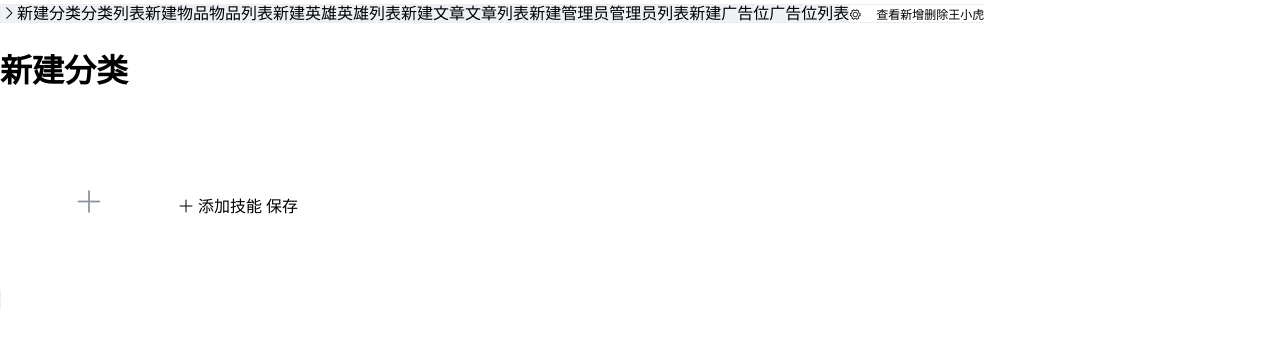
Repository: zqw980624/aaa
Page: /hero/create (app in admin/)
An editor plug-in stored every save of this project. The page is shown before and after the next save, followed by the edit.
The browser window is 1280 px wide. The pictures show the whole page.
The page's requests for data from a server got no answer. The project was rebuilt for these pictures with package versions that can differ from the ones it lists, and the page was loaded fresh each time. No one was signed in, and anything a server would have sent is missing. Also part of the build but not shown: admin/src/views/CategoryEditor.vue, admin/src/views/CategoryList.vue, admin/src/views/ItemList.vue, admin/src/views/HeroList.vue, admin/src/views/ArticleEditor.vue, admin/src/views/ArticleList.vue, admin/src/views/AdsList.vue, admin/src/views/AdministratorEditor.vue and 1 more. Imported but missing from the stored project, and not drawn on this page: admin/src/plugins/element.js.

Above is the page before, as saved 2020-03-09 22:51:24.

After the next save:
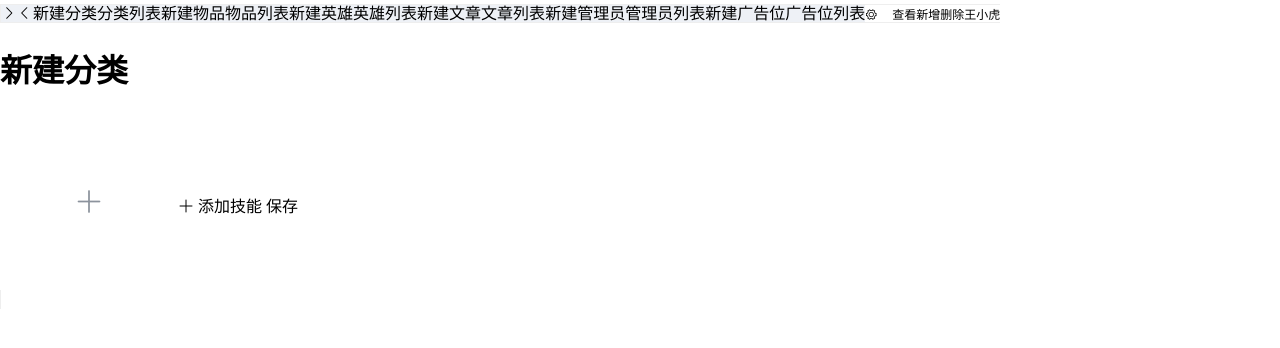
Saved 33 s later.
--- a/admin/src/views/Main.vue
+++ b/admin/src/views/Main.vue
@@ -12,7 +12,8 @@
         active-text-color="#ff4238"
         :collapse="isCollapse"
       >
-       <i font-size="20px" class="el-icon-arrow-right"></i>
+       <i font-size="20px" class="el-icon-arrow-right" ></i>
+       <i font-size="20px" class="el-icon-arrow-left" ></i>
         <!-- <el-radio-group v-model="isCollapse" style="margin-bottom: 20px;">
           <el-radio-button :label="false">展开</el-radio-button>
           <el-radio-button :label="true">收起</el-radio-button>
